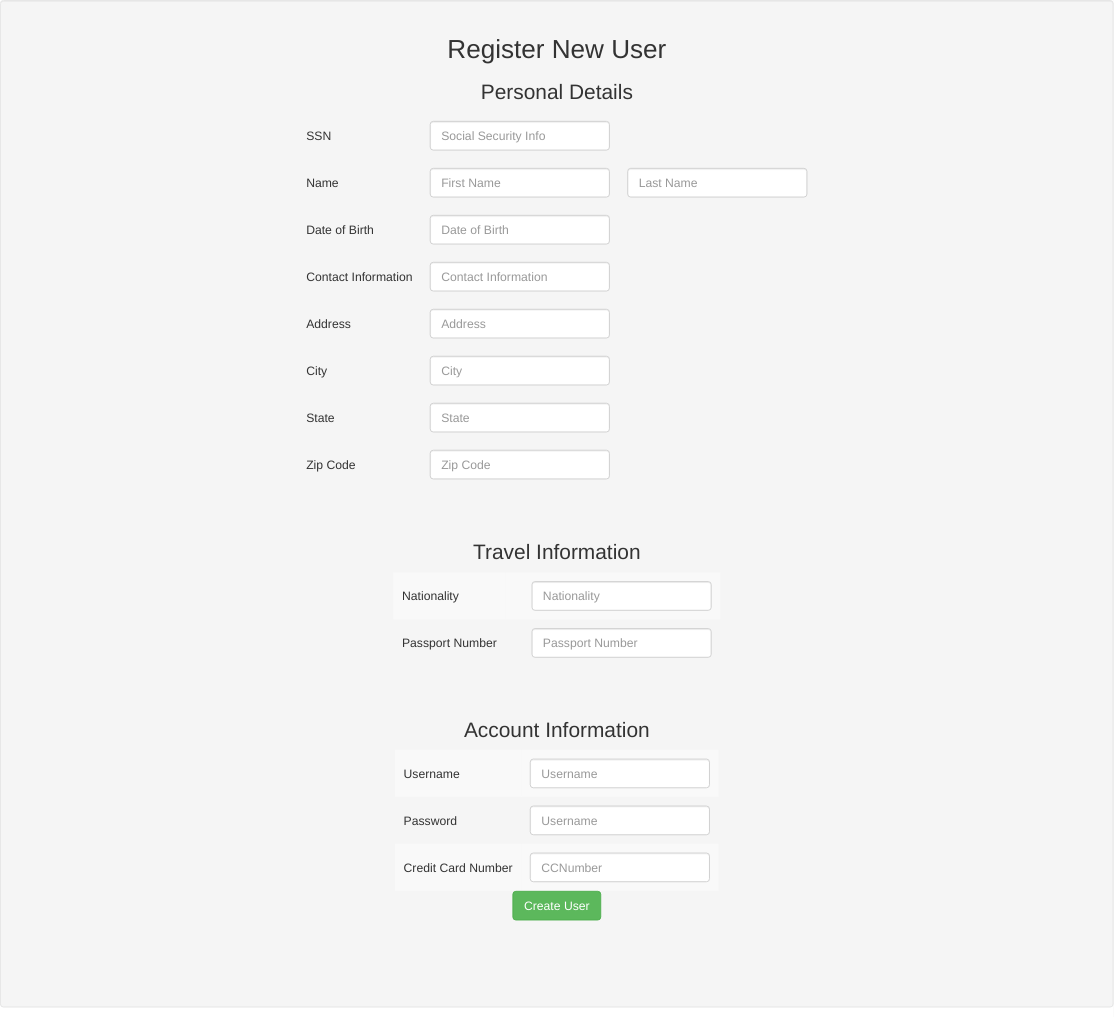
Repository: harshadrane89/CMPE273-WebService-AirlineManagement
Page: http://localhost/AirlineManagementSystemClient/TwitterGUI/NewCustomer.jsp
These files come from the project's save history. The page is drawn as it stood at one moment and after a run of saves; the edit follows.
The browser window is 1280 px wide. The pictures show the whole page, at 87% of full size.
The page is served by Tomcat 9.

Above is the page before, as saved 2013-12-06 10:52:10.

After the next 2 saves:
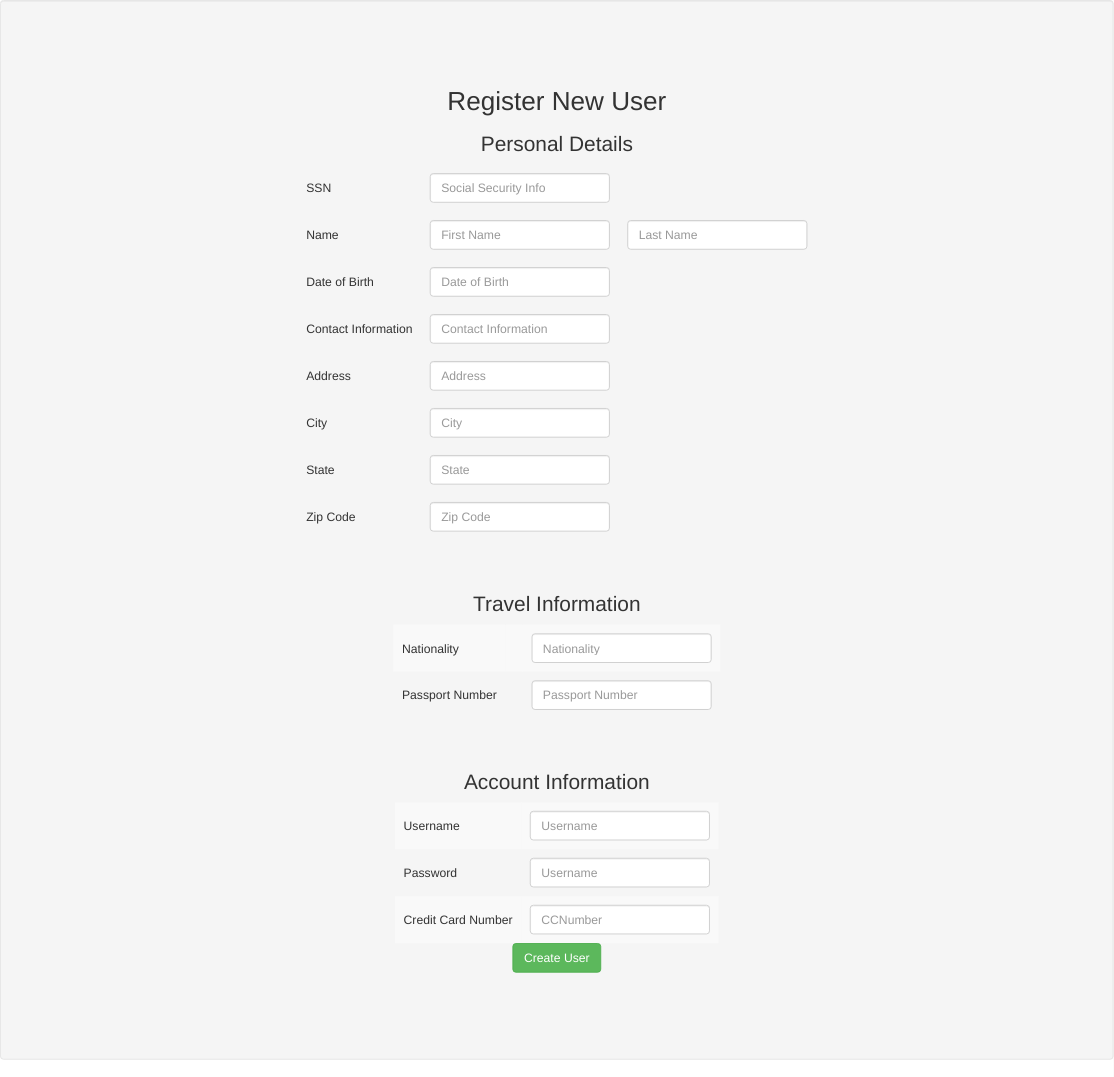
The 2 saves are shown as one change because they came seconds apart.
The last was saved 9 s later.
--- a/273_Project_Tomcat/AirlineManagementSystemClient/WebContent/TwitterGUI/NewCustomer.jsp
+++ b/273_Project_Tomcat/AirlineManagementSystemClient/WebContent/TwitterGUI/NewCustomer.jsp
@@ -1,6 +1,6 @@
 <%@page import="com.airlinemgmt.beans.Traveller"%>
 <%@ page language="java" contentType="text/html; charset=ISO-8859-1"
-    pageEncoding="ISO-8859-1"%>
+	pageEncoding="ISO-8859-1"%>
 <!DOCTYPE html PUBLIC "-//W3C//DTD HTML 4.01 Transitional//EN" "http://www.w3.org/TR/html4/loose.dtd">
 <html>
 <head>
@@ -11,15 +11,16 @@
 <body>
 
 
-<form action="../CustomerProcessor" method="post" class="well">
-	<center>
-	<h2> Register New User</h2>
-		<%
-			Traveller traveller = new Traveller();
-			if (session.getAttribute("tObj") != null) {
-				traveller = (Traveller) session.getAttribute("tObj");
-			}
-		%>
+	<form action="../CustomerProcessor" method="post" class="well">
+		<br> <br> <br>
+		<center>
+			<h2>Register New User</h2>
+			<%
+				Traveller traveller = new Traveller();
+				if (session.getAttribute("tObj") != null) {
+					traveller = (Traveller) session.getAttribute("tObj");
+				}
+			%>
 
 			<h3>Personal Details</h3>
 
@@ -28,7 +29,8 @@
 					<td>SSN</td>
 					<td><input type="text" placeholder="Social Security Info"
 						name="ssn"
-						value="<%=traveller.getCustId() != null ? traveller.getCustId(): ""%>"
+						value="<%=traveller.getCustId() != null ? traveller.getCustId()
+					: ""%>"
 						class="form-control"></td>
 				</tr>
 				<tr>
@@ -132,25 +134,20 @@
 				</tr>
 				<tr>
 					<td>Credit Card Number</td>
-					<td><input type="password" placeholder="CCNumber"
-						name="uCC"
-						value="<%=traveller.getCreditCardNum() != null ? traveller.getCreditCardNum()
-					: ""%>"
+					<td><input type="password" placeholder="CCNumber" name="uCC"
+						value="<%=traveller.getCreditCardNum() != null ? traveller
+					.getCreditCardNum() : ""%>"
 						class="form-control"></td>
 				</tr>
 			</table>
 
 
 
-<input type="submit" class="btn btn-success" value="Create User">
+			<input type="submit" class="btn btn-success" value="Create User">
 
-<br>
-<br>
-<br>
-<br>
-<br>
-</center>
-</form>
+			<br> <br> <br> <br> <br>
+		</center>
+	</form>
 
 </body>
 </html>
